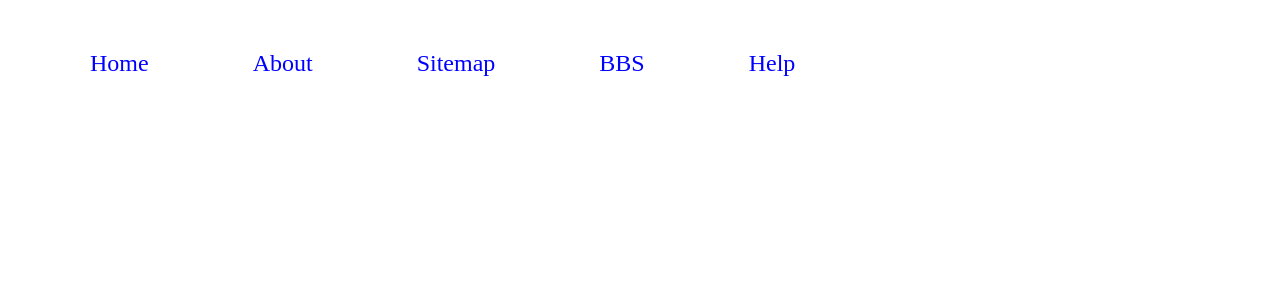
Repository: song-bean/Web_song
Page: 02_CSS/src/main/webapp/chapter04/unit03_02_display_before.html
An editor plug-in stored every save of this project. The page is shown before and after the next save, followed by the edit.
The browser window is 1280 px wide. The pictures show the whole page.

Above is the page before, as saved 2023-02-24 01:20:28.

After the next save:
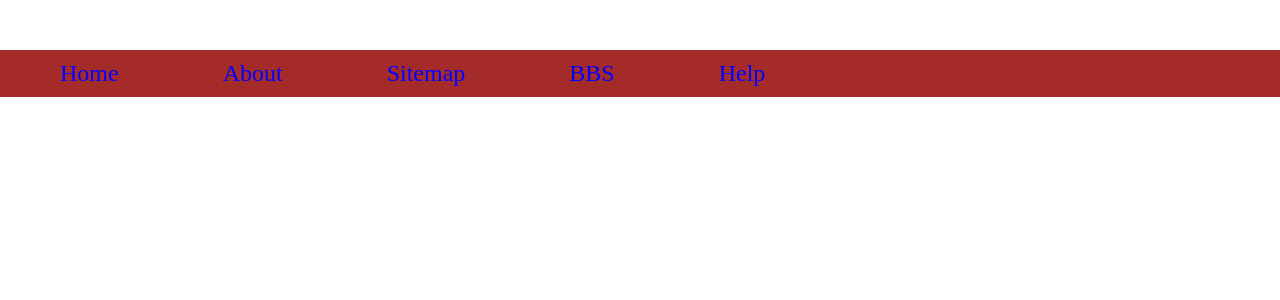
Saved 80 s later.
--- a/02_CSS/src/main/webapp/chapter04/unit03_02_display_before.html
+++ b/02_CSS/src/main/webapp/chapter04/unit03_02_display_before.html
@@ -16,6 +16,10 @@
 				color:#ff3;
 				}
 			/* ul, li Layout */
+			#topMenu{
+				background-color: brown;
+				padding: 10px;
+			}
 			li{
 				display: inline;
 				padding: 50px;
